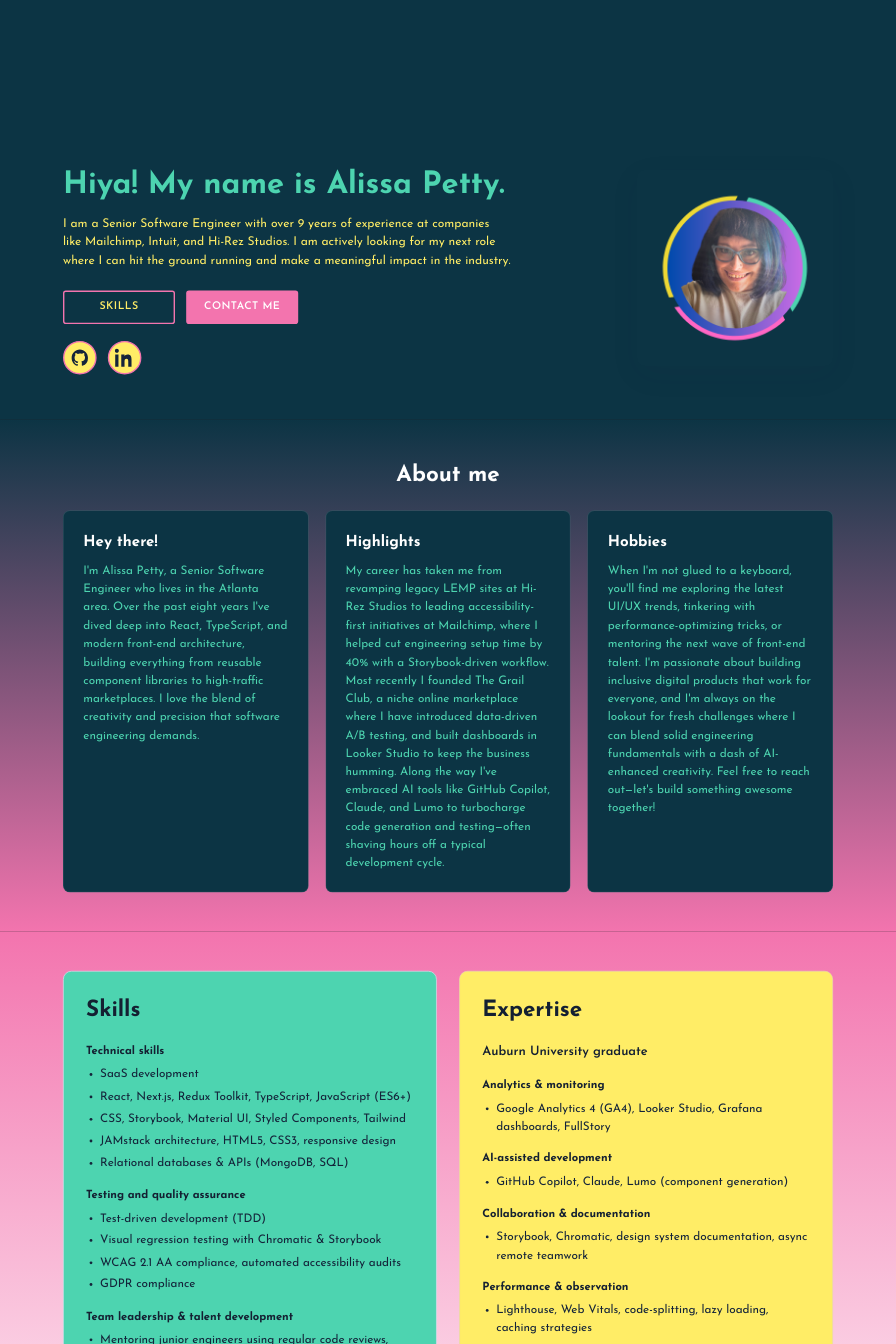
Repository: AlissaSPetty/alissa-petty-com
Page: /
The author's editor kept a copy of each file at every save. The page is drawn from the files as they stood at one save, then again after the next save.
The browser window is 1280 px wide. The pictures show the part of the page from y = 0 to 1920 px (the page is 3732 px tall), at 70% of full size.
The pointer rests on the first visible `.btn-outline`.
The project was rebuilt for these pictures with package versions that can differ from the ones it lists, and the page was loaded fresh each time. Also part of the build but not shown: vite.config.ts, src/legal.css, src/pages/LegalPage.tsx.

Above is the page before, as saved 2026-05-03 18:43:44.

### index.html
<!doctype html>
<html lang="en">
  <head>
    <meta charset="UTF-8" />
    <link rel="icon" type="image/svg+xml" href="/favicon.svg" />
    <meta name="viewport" content="width=device-width, initial-scale=1.0" />
    <meta
      name="description"
      content="Alissa Petty — Senior Software Engineer. React, TypeScript, and modern web development. Atlanta area."
    />
    <meta
      name="keywords"
      content="Software Engineer, Web Developer, React, JavaScript, CV, Alissa Petty, Atlanta"
    />
    <title>Alissa Petty — Senior Software Engineer</title>
  </head>
  <body>
    <div id="root"></div>
    <script type="module" src="/src/main.tsx"></script>
  </body>
</html>

### src/index.css
@import url("https://fonts.googleapis.com/css2?family=Josefin+Sans:ital,wght@0,300;0,400;0,500;0,600;0,700;1,400&display=swap");

:root {
  --font-body: "Josefin Sans", system-ui, sans-serif;
  --bg: #1e1e24;
  --bg-muted: #4dd4b0;
  --white: #ffffff;
  --navy: #1a2f4a;
  --navy-deep: #14243a;
  --primary: #f374ae;
  --primary-hover: #fff;
  --accent-footer: #ffed66;
  --footer-text: #1e1e24;
  --yellow: #ffed66;
  --heading: #142032;
  --text: #3d4a5c;
  --text-on-dark: #4dd4b0;
  --link: #4dd4b0;
  --border: #d5deeb;
  --shadow: 0 12px 40px rgba(20, 36, 58, 0.08);
  --blue: #0c3444;
}
*,
*::before,
*::after {
  box-sizing: border-box;
}

html {
  scroll-behavior: smooth;
}

body {
  margin: 0;
  font-family: var(--font-body);
  font-size: 1.05rem;
  line-height: 1.55;
  color: var(--text-on-dark);
  background: var(--bg);
  color: var(--text-on-dark);
}

#root {
  min-height: 100vh;
}

.visually-hidden {
  position: absolute;
  width: 1px;
  height: 1px;
  padding: 0;
  margin: -1px;
  overflow: hidden;
  clip: rect(0, 0, 0, 0);
  white-space: nowrap;
  border: 0;
}

.skip-link {
  position: absolute;
  left: -9999px;
  top: 0.75rem;
  z-index: 100;
  padding: 0.5rem 1rem;
  background: var(--navy);
  color: var(--text-on-dark);
  font-weight: 600;
  text-decoration: none;
  border-radius: 4px;
}

.skip-link:focus {
  left: 0.75rem;
}

a {
  color: var(--link);
}

.container {
  width: min(1100px, 100% - 2rem);
  margin-inline: auto;
}

/* Hero */
.hero {
  background: #0c3444;
  padding: 15rem 0 4rem;
  @media (max-width: 1200px) {
    padding: 5rem 0 4rem;
  }
}

.hero-inner {
  width: min(1100px, 100% - 2rem);
  margin-inline: auto;
  display: flex;
  flex-wrap: wrap;
  align-items: center;
  gap: 2.5rem;
  justify-content: space-between;
}

.hero-copy {
  flex: 1 1 320px;
  max-width: 640px;
}

.hero-copy h1 {
  margin: 0 0 1rem;
  font-size: clamp(1.85rem, 4vw, 2.75rem);
  font-weight: 700;
  color: (--text-on-dark);
  line-height: 1.15;
}

.lead {
  margin: 0 0 1.75rem;
  font-size: 1.08rem;
  color: var(--yellow);
}

.hero-actions {
  display: flex;
  flex-wrap: wrap;
  gap: 1rem;
  margin-bottom: 1.5rem;
}

.btn {
  display: inline-flex;
  align-items: center;
  justify-content: center;
  min-width: 10rem;
  padding: 0.65rem 1.35rem;
  font-family: inherit;
  font-size: 0.95rem;
  font-weight: 600;
  letter-spacing: 0.04em;
  text-transform: uppercase;
  text-decoration: none;
  border-radius: 4px;
  border: 2px solid transparent;
  cursor: pointer;
  transition:
    background 0.2s,
    color 0.2s,
    border-color 0.2s;
}

.btn:focus-visible {
  outline: 3px solid #f4d35e;
  outline-offset: 2px;
}

.btn-primary {
  background: var(--primary);
  color: #fff;
  border-color: var(--primary);
}

.btn-primary:hover {
  background: var(--yellow);
  color: var(--navy-deep);
  border-color: var(--primary-hover);
}

.btn-outline {
  background: var(--blue);
  color: var(--white);
  border-color: var(--primary);
}

.btn-outline:hover {
  background: var(--blue);
  color: var(--yellow);
  border-color: var(--primary);
}

.btn-block {
  width: 100%;
  min-width: unset;
}

.hero-social {
  display: flex;
  gap: 1rem;
}

.hero-social a {
  display: inline-flex;
  align-items: center;
  justify-content: center;
  width: 3rem;
  height: 3rem;
  color: var(--navy-deep);
  background: var(--accent-footer);
  border: 2px solid var(--primary);
  border-radius: 50%;
  transition:
    background 0.2s,
    color 0.2s,
    transform 0.2s;
}

.hero-social a:hover {
  background: var(--primary);
  color: #fff;
  transform: translateY(-2px);
}

.hero-social a:focus-visible {
  outline: 3px solid #f4d35e;
  outline-offset: 3px;
}

.social-svg {
  width: 28px;
  height: 28px;
}

.hero-photo {
  margin: 0;
  flex: 0 1 280px;
  text-align: center;
}

.hero-photo img {
  width: min(50vw, 280px);
  max-width: 100%;
  height: auto;
  border-radius: 12px;
  box-shadow: var(--shadow);
  object-fit: cover;
  aspect-ratio: 1;
}

@media (max-width: 768px) {
  .hero-inner {
    flex-direction: column-reverse;
    text-align: center;
  }

  .hero-actions {
    justify-content: center;
  }

  .hero-social {
    justify-content: center;
  }

  .btn {
    width: 100%;
    min-width: unset;
  }
}

/* Sections */
.section {
  padding: 3.5rem 0;
}

.section--dark {
  background: linear-gradient(180deg, var(--blue) 0%, var(--primary) 100%);
  color: var(--text-on-dark);
}

.section--skills {
  background: linear-gradient(180deg, var(--primary) 0%, var(--white) 100%);
  color: var(--text-on-dark);
}

.section--muted {
  background: linear-gradient(180deg, var(--white) 0%, var(--bg-muted) 100%);
  color: var(--text-on-dark);
}

.section--cta {
  background: linear-gradient(180deg, var(--bg-muted) 0%, var(--yellow) 100%);
  color: var(--text-on-dark);
}

.section-title {
  margin: 0 0 1.5rem;
  font-size: clamp(1.5rem, 3vw, 2rem);
  font-weight: 700;
  text-align: center;
  color: var(--heading);
}

.section-title--on-dark,
.section-title--on-primary {
  color: #fff;
}

.about-grid {
  display: grid;
  grid-template-columns: repeat(3, 1fr);
  gap: 1.5rem;
}

@media (max-width: 900px) {
  .about-grid {
    grid-template-columns: 1fr;
  }
}

.card {
  background: var(--white);
  border-radius: 10px;
  padding: 1.75rem;
  box-shadow: var(--shadow);
}

.card--about {
  background: var(--blue);
  border: 1px solid rgba(255, 255, 255, 0.12);
  color: var(--text-on-dark);
  box-shadow: none;
}

.card--about h3 {
  margin: 0 0 0.75rem;
  font-size: 1.35rem;
  color: #fff;
}

.card--about p {
  margin: 0;
}

.skills-layout {
  display: grid;
  grid-template-columns: 1fr 1fr;
  gap: 2rem;
  align-items: start;
}

@media (max-width: 900px) {
  .skills-layout {
    grid-template-columns: 1fr;
  }
}

.skills-panel {
  background: var(--bg-muted);
  border: 1px solid var(--border);
  border-radius: 12px;
  padding: 2rem;
  color: var(--navy-deep);
}

.skills-panel--accent {
  background: var(--yellow);
  border-color: #e8d9a8;
}

.skills-panel h2 {
  text-align: left;
  margin-bottom: 1.25rem;
}

.skills-panel h4 {
  margin: 1.25rem 0 0.5rem;
  font-size: 1rem;
  font-weight: 700;
  color: var(--heading);
  text-transform: none;
}

.skills-panel ul {
  margin: 0;
  padding-left: 1.25rem;
}

.skills-panel li {
  margin-bottom: 0.35rem;
}

.degree {
  margin: 0 0 1rem;
  font-size: 1.15rem;
  font-weight: 600;
  color: var(--heading);
}

.work-grid {
  display: grid;
  grid-template-columns: repeat(3, 1fr);
  gap: 1.25rem;
}

@media (max-width: 900px) {
  .work-grid {
    grid-template-columns: 1fr;
  }
}

.work-grid figure {
  margin: 0;
  background: var(--white);
  border-radius: 10px;
  overflow: hidden;
  border: 1px solid var(--border);
  box-shadow: var(--shadow);
}

.work-grid img {
  display: block;
  width: 100%;
  height: auto;
  aspect-ratio: 16 / 9;
  object-fit: cover;
}

.work-grid figcaption {
  padding: 0.85rem 1rem;
  font-weight: 600;
  text-align: center;
  color: var(--heading);
  font-size: 0.95rem;
}

#work-heading {
  color: var(--text-on-dark);
}

.pub-grid {
  display: grid;
  grid-template-columns: 1fr 1fr;
  gap: 2rem;
}

@media (max-width: 768px) {
  .pub-grid {
    grid-template-columns: 1fr;
  }
}

.pub-card {
  background: var(--white);
  border-radius: 12px;
  padding: 2rem;
  border: 1px solid var(--border);
  text-align: center;
  box-shadow: var(--shadow);
}

.pub-card h3 {
  margin: 0 0 1rem;
  font-size: 1.15rem;
  font-weight: 600;
  color: var(--heading);
  line-height: 1.35;
}

.pub-logo {
  display: block;
  margin: 0 auto 1.25rem;
  max-width: 100%;
  height: auto;
}

.cta-lead {
  color: var(--navy);
  text-align: center;
  max-width: 640px;
  margin: 0 auto 2.5rem;
  font-size: 1.05rem;
  opacity: 0.95;
}

.services-grid {
  display: grid;
  grid-template-columns: repeat(3, 1fr);
  gap: 1.5rem;
}

@media (max-width: 900px) {
  .services-grid {
    grid-template-columns: 1fr;
  }
}

.card--service {
  background: var(--blue);
  border: 1px solid rgba(255, 255, 255, 0.2);
  color: var(--text-on-dark);
  box-shadow: none;
}

.card--service h3 {
  margin: 0 0 0.75rem;
  color: #fff;
  font-size: 1.25rem;
}

.card--service p {
  margin: 0;
}

/* Footer */
.site-footer {
  background: var(--accent-footer);
  color: var(--footer-text);
  padding: 3rem 0;
  text-align: center;
}

.footer-inner {
  display: flex;
  flex-direction: column;
  align-items: center;
  gap: 1rem;
}

.footer-name {
  margin: 0;
  font-size: clamp(1.75rem, 4vw, 2.5rem);
  font-weight: 700;
  color: var(--footer-text);
}

.footer-social {
  display: flex;
  gap: 1rem;
}

.footer-social a {
  color: var(--footer-text);
  padding: 0.35rem;
  border-radius: 6px;
}

.footer-social a:hover {
  background: rgba(26, 35, 50, 0.1);
}

.social-svg--footer {
  width: 32px;
  height: 32px;
}

.footer-copy,
.footer-legal {
  margin: 0;
  font-size: 0.95rem;
}

.footer-legal a {
  color: var(--footer-text);
  font-weight: 600;
  text-decoration: none;
}

.footer-legal a:hover {
  text-decoration: underline;
}

### src/App.tsx
import { Route, Routes } from 'react-router-dom'
import { Home } from './pages/Home'
import { LegalPage } from './pages/LegalPage'

export default function App() {
  return (
    <Routes>
      <Route path="/" element={<Home />} />
      <Route
        path="/privacy"
        element={
          <LegalPage title="Privacy policy">
            <p>
              This is a placeholder privacy policy for the rebuilt portfolio site.
              Replace this text with your real policy before publishing.
            </p>
            <p>
              If you have questions, contact{' '}
              <a href="mailto:alissa@petty.io">alissa@petty.io</a>.
            </p>
          </LegalPage>
        }
      />
      <Route
        path="/legal-notice"
        element={
          <LegalPage title="Legal notice">
            <p>
              This is a placeholder legal notice / imprint for the rebuilt portfolio
              site. Replace with jurisdiction-appropriate legal text before publishing.
            </p>
            <p>
              Contact: <a href="mailto:alissa@petty.io">alissa@petty.io</a>
            </p>
          </LegalPage>
        }
      />
    </Routes>
  )
}

### src/components/Icons.tsx
export function IconGitHub({ className }: { className?: string }) {
  return (
    <svg
      className={className}
      xmlns="http://www.w3.org/2000/svg"
      viewBox="0 0 24 24"
      aria-hidden
      focusable="false"
    >
      <path
        fill="currentColor"
        d="M12 2C6.48 2 2 6.58 2 12.26c0 4.52 2.87 8.35 6.84 9.69.5.1.68-.22.68-.48 0-.24-.01-.87-.01-1.7-2.78.62-3.37-1.37-3.37-1.37-.45-1.18-1.1-1.5-1.1-1.5-.9-.63.07-.62.07-.62 1 .07 1.53 1.05 1.53 1.05.89 1.56 2.34 1.11 2.91.85.09-.67.35-1.11.63-1.37-2.22-.26-4.56-1.14-4.56-5.07 0-1.12.39-2.03 1.03-2.75-.1-.26-.45-1.3.1-2.71 0 0 .84-.28 2.75 1.05A9.38 9.38 0 0 1 12 6.84c.85.004 1.71.12 2.51.35 1.91-1.33 2.75-1.05 2.75-1.05.55 1.41.2 2.45.1 2.71.64.72 1.03 1.63 1.03 2.75 0 3.94-2.34 4.81-4.57 5.06.36.32.68.94.68 1.9 0 1.37-.01 2.47-.01 2.8 0 .27.18.59.69.48A10.01 10.01 0 0 0 22 12.26C22 6.58 17.52 2 12 2Z"
      />
    </svg>
  )
}

export function IconLinkedIn({ className }: { className?: string }) {
  return (
    <svg
      className={className}
      xmlns="http://www.w3.org/2000/svg"
      viewBox="0 0 24 24"
      aria-hidden
      focusable="false"
    >
      <path
        fill="currentColor"
        d="M4.98 3.5C4.98 4.88 3.86 6 2.5 6S0 4.88 0 3.5 1.12 1 2.5 1s2.48 1.12 2.48 2.5ZM.5 8h4V23H.5V8Zm7.5 0h3.84v2.05h.05c.53-1 1.84-2.05 3.79-2.05 4.05 0 4.8 2.67 4.8 6.13V23h-4v-6.35c0-1.52-.03-3.48-2.12-3.48-2.12 0-2.44 1.65-2.44 3.36V23h-4V8Z"
      />
    </svg>
  )
}

Loaded but not shown: src/main.tsx (common file); src/pages/Home.tsx (308 lines, source omitted)

After the next save:
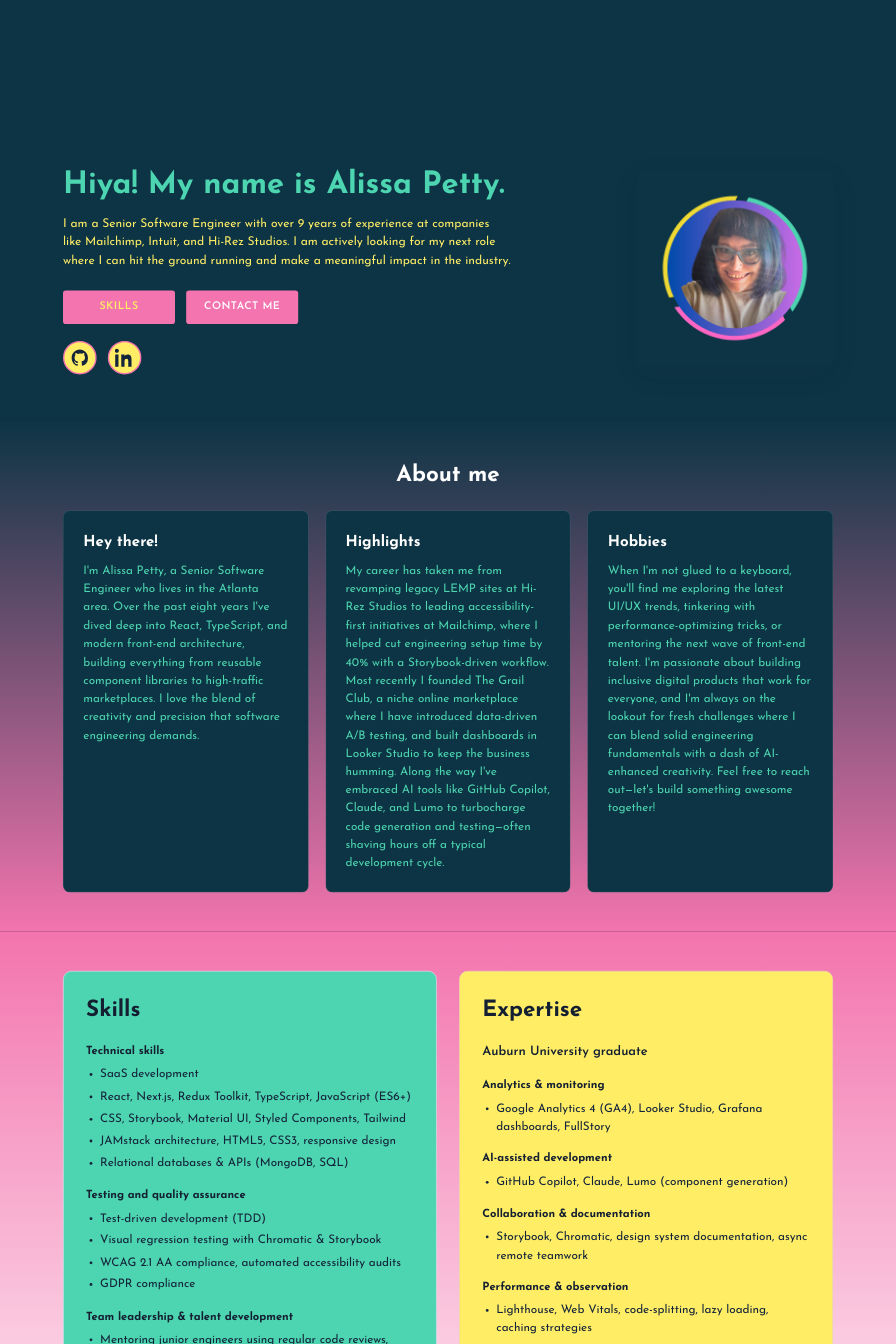
Saved 17 s later.
--- a/src/index.css
+++ b/src/index.css
@@ -172,7 +172,7 @@
 }
 
 .btn-outline:hover {
-  background: var(--blue);
+  background: var(--primary);
   color: var(--yellow);
   border-color: var(--primary);
 }
